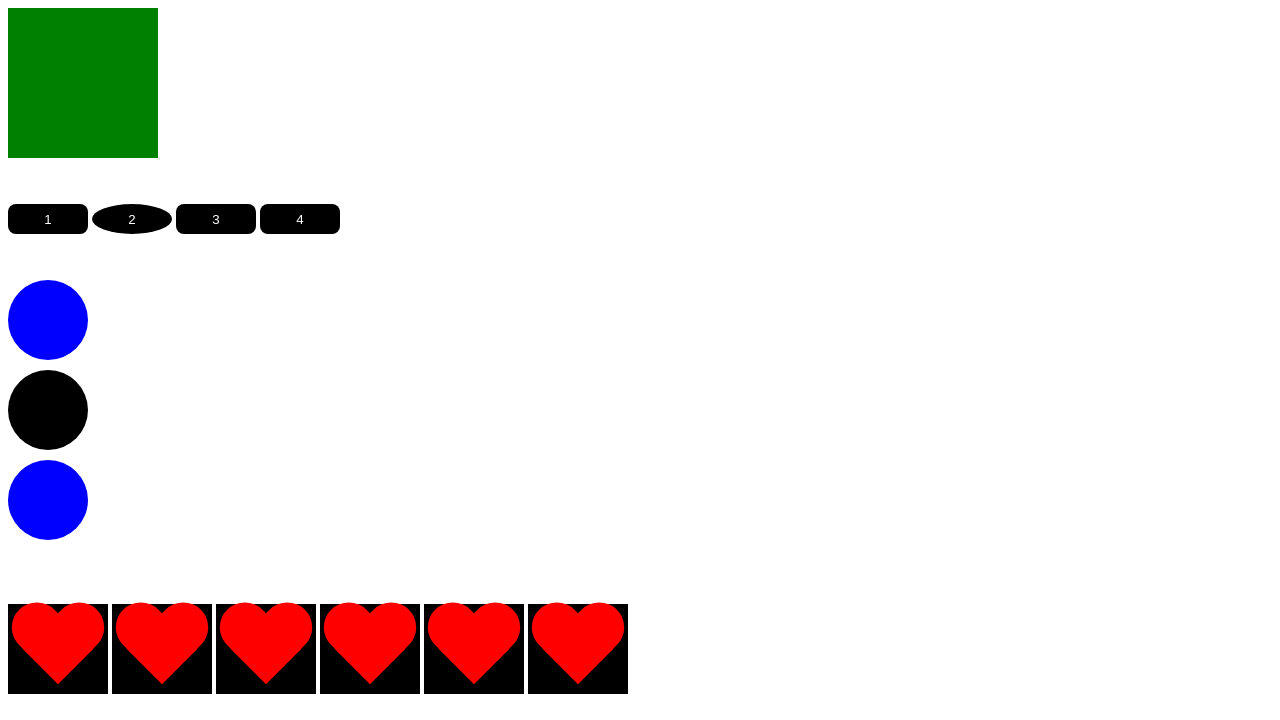
Repository: ivan151/jsudemy
Page: index.html
These files come from the project's save history. The page is drawn as it stood at one moment and after the next save; the edit follows.
The browser window is 1280 px wide. The pictures show the whole page.

Above is the page before, as saved 2020-05-02 10:09:40.

### index.html
<!DOCTYPE html>
<html lang="en">
<head>
    <meta charset="UTF-8">
    <meta name="viewport" content="width=device-width, initial-scale=1.0">
    <title>Document</title>
    <link rel="stylesheet" href="original.css">
</head>
<body>
    <div class = 'box' id = 'box'></div>
    <br><br>
    <button>1</button>
    <button>2</button>
    <button>3</button>
    <button>4</button>
    <br>
    <br>
    <br>
    <div class="circle"></div>
    <div class="circle"></div>
    <div class="circle"></div>
    <br>
    <br>
    <br>
    <div class="heart"></div>
    <div class="heart"></div>
    <div class="heart"></div>
    <div class="heart"></div>
    <div class="heart"></div>
    <div class="heart"></div>
    <div class="div" class = 'box'></div>
    <script src="script.js"></script>
</body>
</html>

### original.css
.box {
  width: 150px;
  height: 150px;
  /* background-color: red; */
}
button {
	width: 80px;
	height: 30px;
	margin-top: 10px;
	border: none;
	border-radius: 8px;
	background-color: #000;
	color: #fff;
	cursor: pointer;
	outline: none;
}

.circle {
	width: 80px;
	height: 80px;
	background-color: blue;
	display: block;
	margin-top: 10px;
	border-radius: 100%;
}

.heart {
	display: inline-block;
    position: relative;
    width: 100px;
    height: 90px;
    margin-top: 10px;
}
.heart:before,
.heart:after {
    position: absolute;
    content: "";
    left: 50px;
    top: 0;
    width: 50px;
    height: 80px;
    background: red;
    -moz-border-radius: 50px 50px 0 0;
    border-radius: 50px 50px 0 0;
    -webkit-transform: rotate(-45deg);
       -moz-transform: rotate(-45deg);
        -ms-transform: rotate(-45deg);
         -o-transform: rotate(-45deg);
            transform: rotate(-45deg);
    -webkit-transform-origin: 0 100%;
       -moz-transform-origin: 0 100%;
        -ms-transform-origin: 0 100%;
         -o-transform-origin: 0 100%;
            transform-origin: 0 100%;
}
.heart:after {
    left: 0;
    -webkit-transform: rotate(45deg);
       -moz-transform: rotate(45deg);
        -ms-transform: rotate(45deg);
         -o-transform: rotate(45deg);
            transform: rotate(45deg);
    -webkit-transform-origin: 100% 100%;
       -moz-transform-origin: 100% 100%;
        -ms-transform-origin: 100% 100%;
         -o-transform-origin: 100% 100%;
            transform-origin :100% 100%;
}
.black{
	width: 150px;
	height: 50px;
	line-height: 50px;
	text-align: center;
	background-color: black;
	margin-bottom: 30px;
	margin-top: 30px;
	color: #fff;
}

### script.js
let box = document.getElementById('box'), // by id
    btn = document.getElementsByTagName('button'), // by tag
    circle = document.getElementsByClassName('circle'), //by class
    heart = document.querySelectorAll('.heart'), //all elements
    oneHeart = document.querySelector('.heart'); //first element

box.style.backgroundColor = 'green';
btn[1].style.borderRadius = '100%';

circle[1].style.backgroundColor = 'black';

for (let i = 0; i < heart.length; i++) {
    heart[i].style.backgroundColor = 'blue';
}

heart.forEach(function (item, i, hearts) {
    item.style.backgroundColor = 'black';

});

let div = document.createElement('div'),
    text = document.createTextNode('Here was me');


div.classList.add('black');

console.log(div);

console.log(box);
console.log(btn);
console.log(btn[2]);
console.log(circle);
console.log(circle[2]);

After the next save:
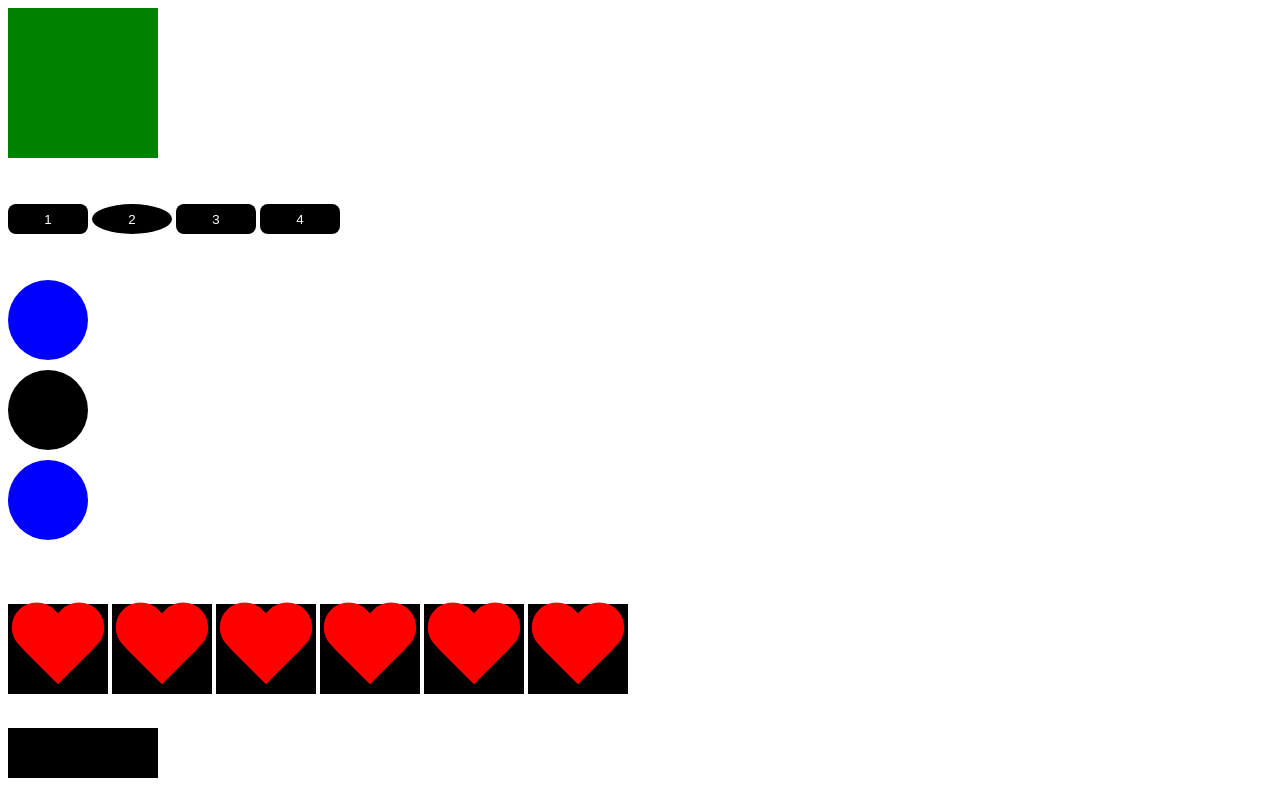
Saved 83 s later.
--- a/script.js
+++ b/script.js
@@ -24,6 +24,8 @@ let div = document.createElement('div'),
 
 div.classList.add('black');
 
+document.body.appendChild(div);
+
 console.log(div);
 
 console.log(box);
